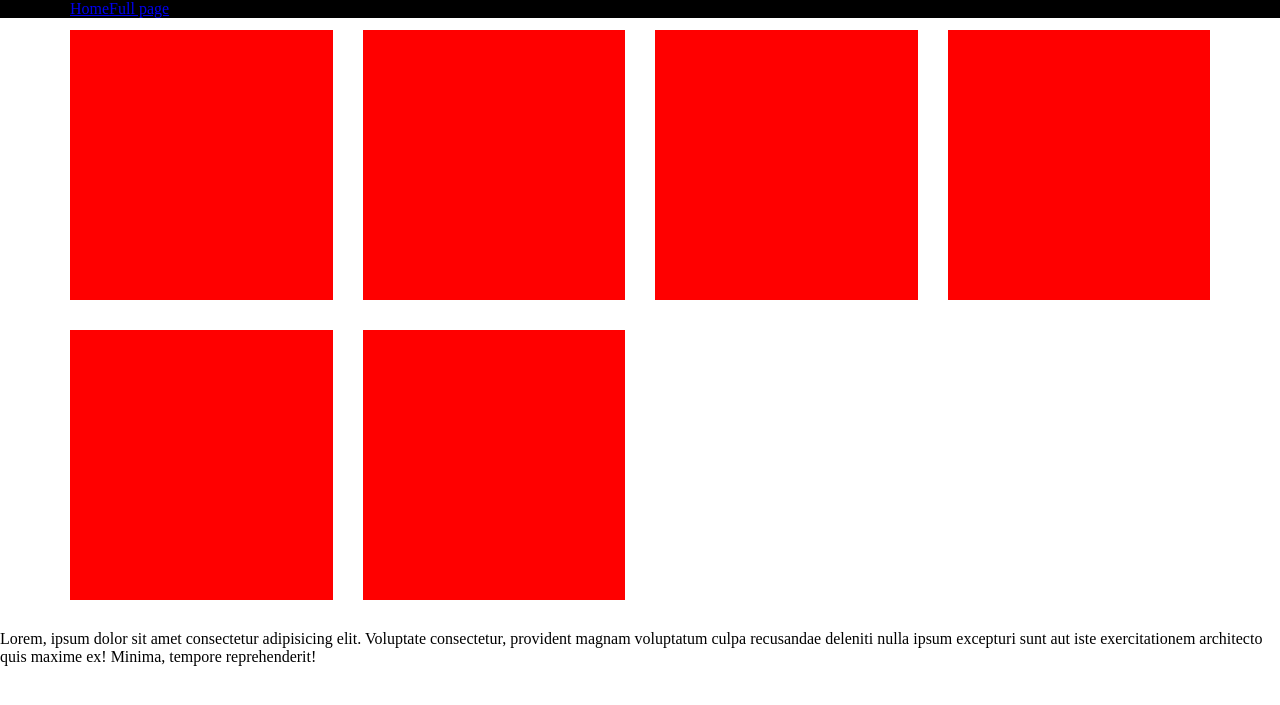
Repository: danilodscosta/CursoHTML
Page: aula1/aulascss.html
An editor plug-in stored every save of this project. The page is shown before and after the next save, followed by the edit.
The browser window is 1280 px wide. The pictures show the whole page.

Above is the page before, as saved 2024-01-17 17:25:19.

### aula1/aulascss.html
<!DOCTYPE html>
<html lang="pt-BR">

<head>
    <meta charset="utf-8">
    <meta name="viewport" content="width=device-width, inital-scale=1.0">
    <title>Aulas CSS</title>
    <link rel="stylesheet" href="assets/css/aulasstyle.css">
</head>



<body>
    <nav class="menu">
        <ul>
            <li><a href="#home">Home</a></li>
            <li><a href="#full-page">Full page</a></li>
        </ul>
    </nav>

    <div class="grid">
        <div class="col">
            <div class="col-content"></div>
        </div>
        <div class="col">
            <div class="col-content"></div>
        </div>
        <div class="col">
            <div class="col-content"></div>
        </div>
        <div class="col">
            <div class="col-content"></div>
        </div>
        <div class="col">
            <div class="col-content"></div>
        </div>
        <div class="col">
            <div class="col-content"></div>
        </div>
    </div>
    <section id="full-page" class="full-page">
        <p>Lorem, ipsum dolor sit amet consectetur adipisicing elit. Voluptate consectetur, provident magnam voluptatum culpa recusandae deleniti nulla ipsum excepturi sunt aut iste exercitationem architecto quis maxime ex! Minima, tempore reprehenderit!</p>
    </section>
</body>
</html>

### aula1/assets/css/aulasstyle.css
/*
ID Classes, atributos e pseudo-classes  Elementos e pseudo-elementos
*/

* {
    margin: 0;
    padding: 0;
    box-sizing: border-box;
}

.grid {
    max-width: 1200px;
    padding: 15px;
    margin: 0 auto;
}

.grid:after {
    content: '';
    display: block;
    clear: both;
}

.grid .col {
    height: 300px;
    float: left;
    padding: 15px;
}

.grid .col-content {
    width: 100%;
    height: 100%;
    background: red;
}

.menu {
    position: fixed;
    background: black;
    width: 100%;
}

.menu ul {
    list-style: none;
    display: block;
    width: 1200px;
    padding: 0 30px;
    margin: 0 auto;
}

.menu ul li {
    float: left;
}

@media all and (max-width: 568px) {
    .grid .col {
        width: 100%;
    }
}

@media all and (min-width: 569px) and (max-width: 768px) {
    .grid .col {
        width: 50%;
    }
}

@media all and (min-width: 769px) and (max-width: 1200px) {
    .grid .col {
        width: 33.33%;
    }
}

@media all and (min-width: 1201px) and (max-width: 2400px) {
    .grid .col {
        width: 25%;
    }
}

After the next save:
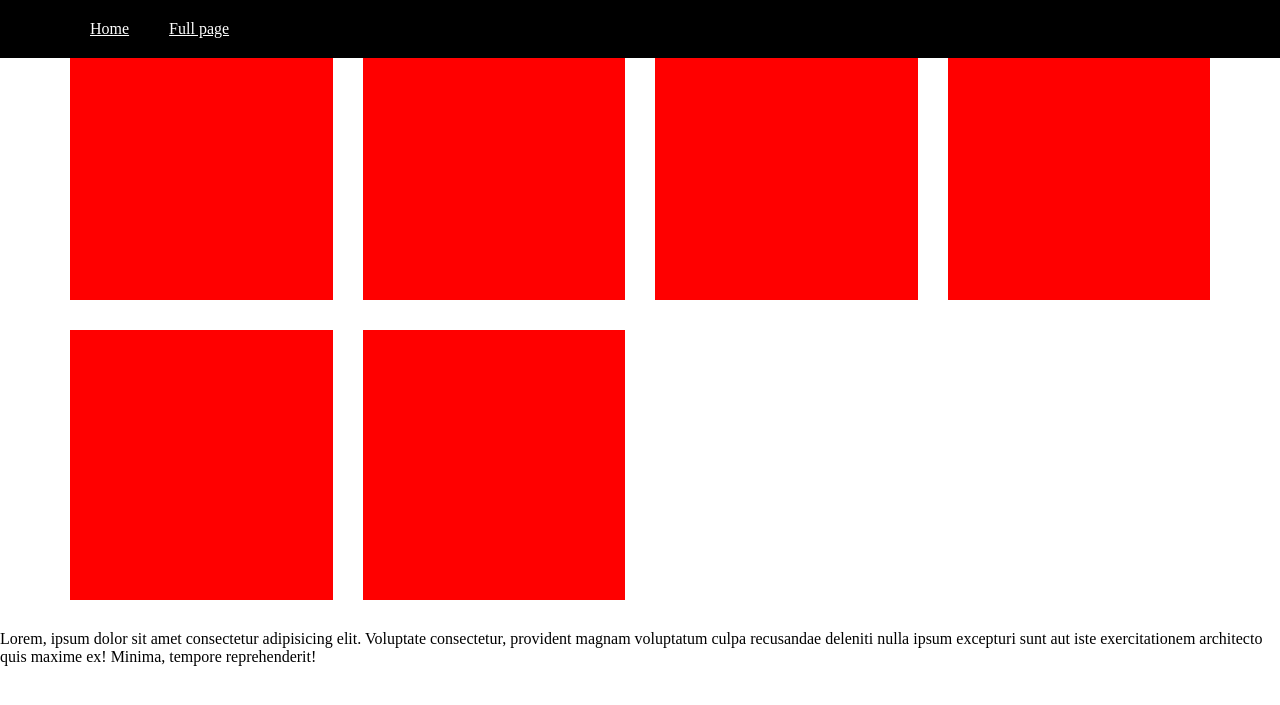
Saved 46 s later.
--- a/aula1/assets/css/aulasstyle.css
+++ b/aula1/assets/css/aulasstyle.css
@@ -50,6 +50,12 @@ ID Classes, atributos e pseudo-classes  Elementos e pseudo-elementos
     float: left;
 }
 
+.menu ul li a {
+    display: block;
+    color: #fff;
+    padding: 20px;
+}
+
 @media all and (max-width: 568px) {
     .grid .col {
         width: 100%;
